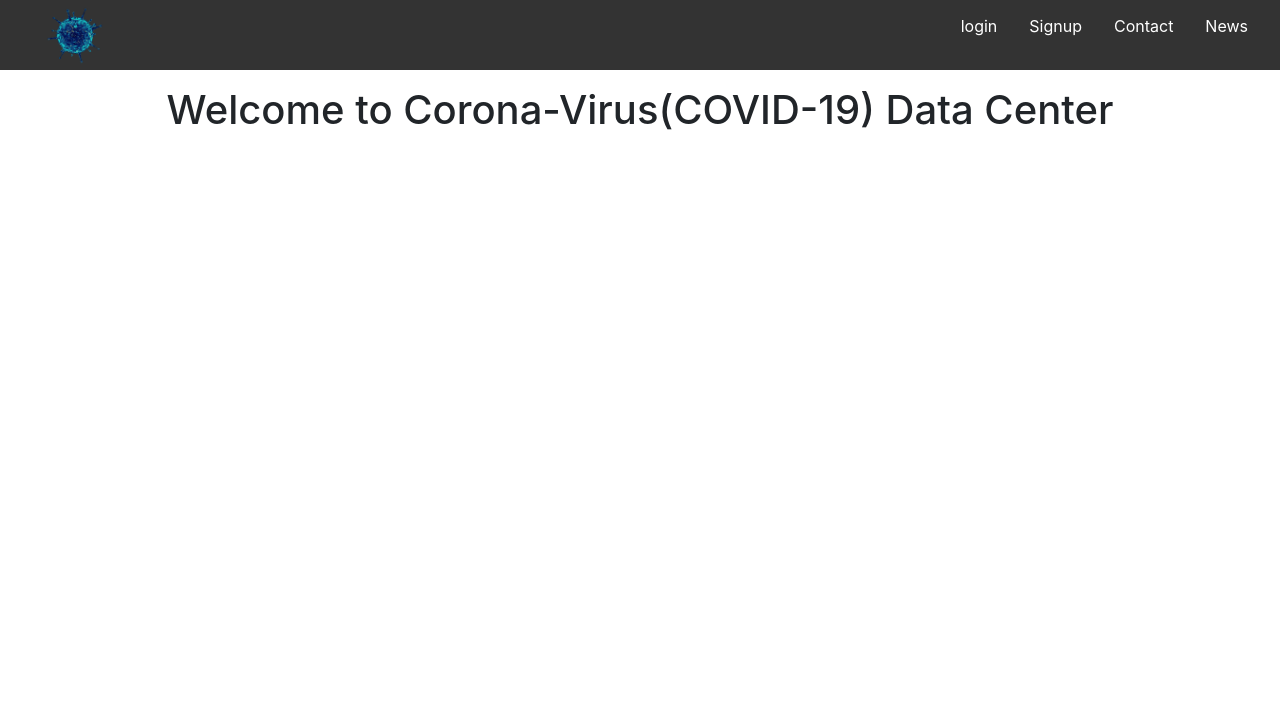
Repository: xthashankar/COVID-19-data-
Page: javascript/news.html
An editor plug-in stored every save of this project. The page is shown before and after the next save, followed by the edit.
The browser window is 1280 px wide. The pictures show the whole page.

Above is the page before, as saved 2020-04-09 16:54:18.

After the next save:
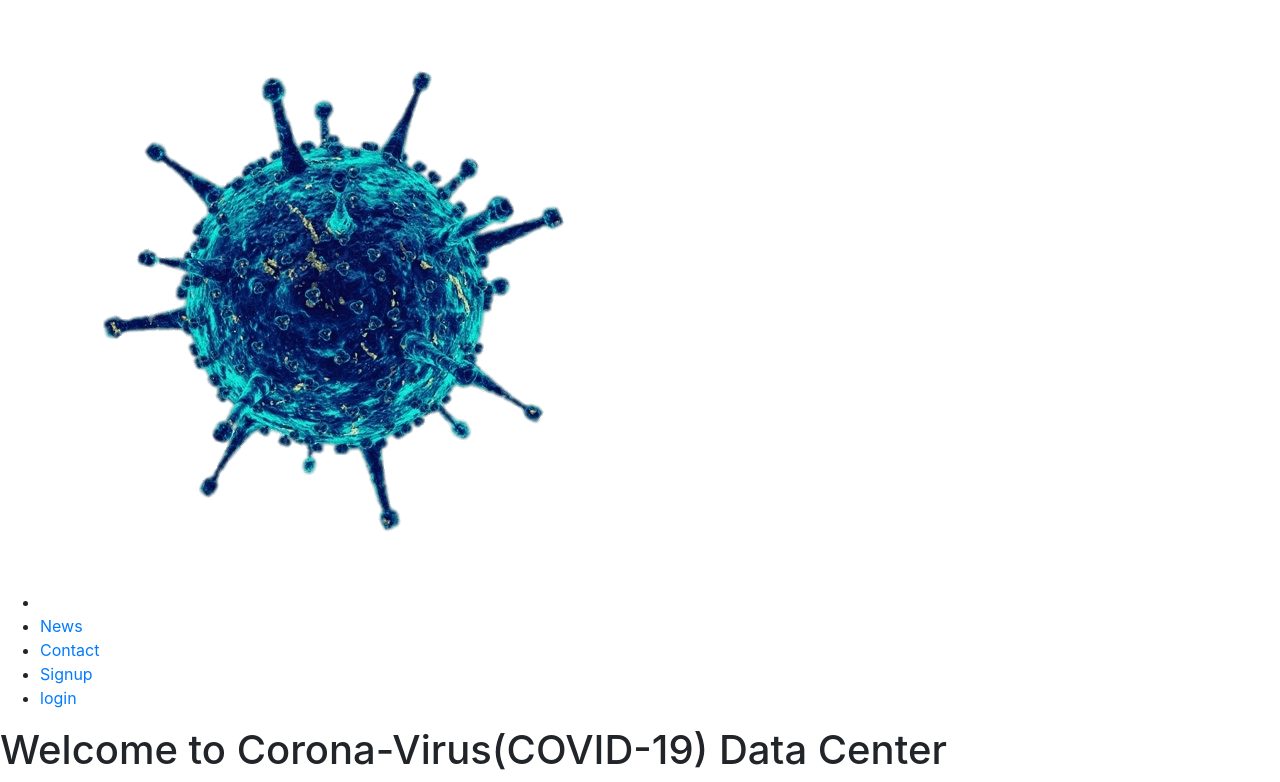
Saved 31 s later.
--- a/javascript/news.html
+++ b/javascript/news.html
@@ -3,7 +3,6 @@
 <head>
     <meta charset="UTF-8">
     <meta name="viewport" content="width=device-width, initial-scale=1.0">
-    <link rel="stylesheet" href="styles.css">
     <link rel="stylesheet" href="https://maxcdn.bootstrapcdn.com/bootstrap/4.4.1/css/bootstrap.min.css">
      <script src="https://ajax.googleapis.com/ajax/libs/jquery/3.4.1/jquery.min.js"></script>
      <script src="https://cdnjs.cloudflare.com/ajax/libs/popper.js/1.16.0/umd/popper.min.js"></script>
